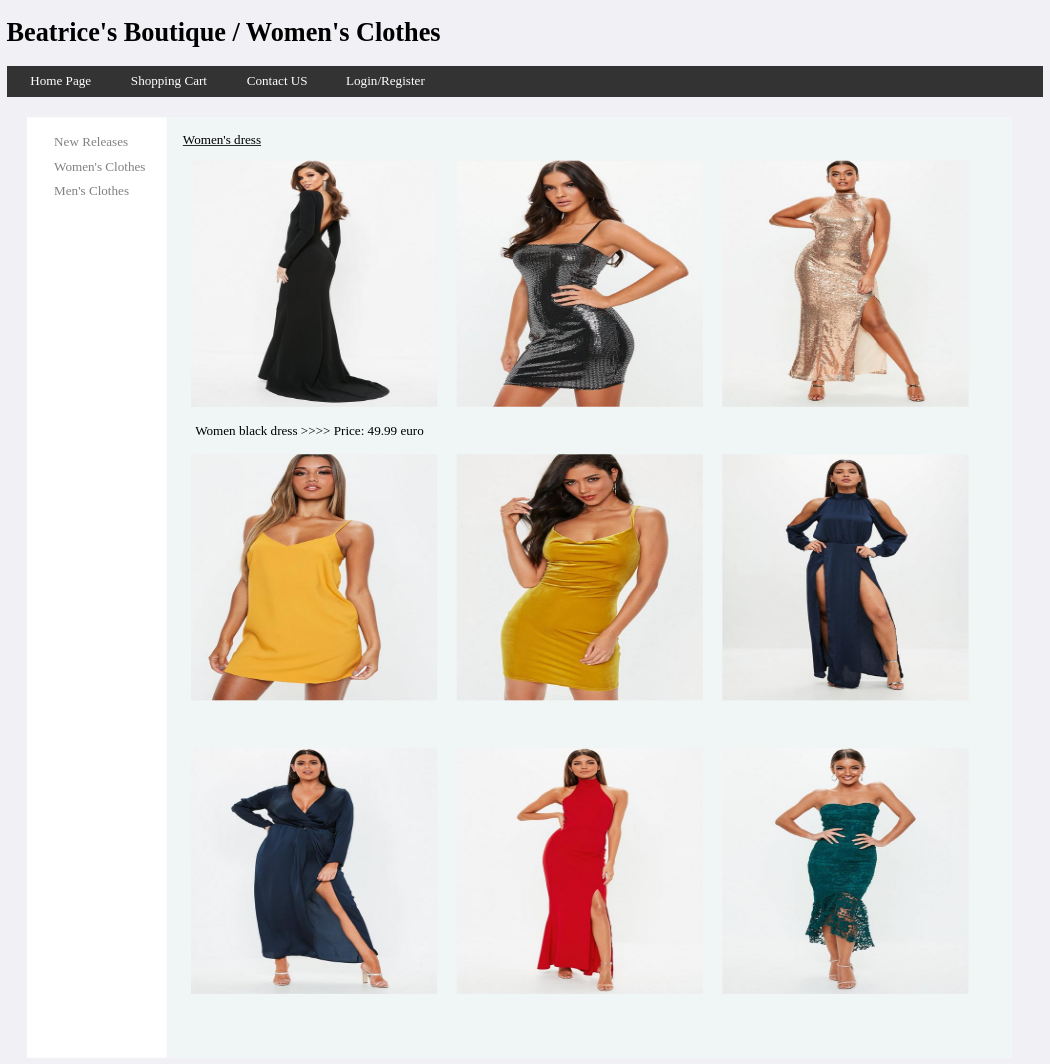
Repository: IosifDobos/Beatrice-Boutique
Page: BeatriceBoutique/Java/WorkSpace/BeatriceBoutique/WebContent/womensClothes.html
An editor plug-in stored every save of this project. The page is shown before and after the next save, followed by the edit.
The browser window is 1280 px wide. The pictures show the whole page, at 82% of full size.

Above is the page before, as saved 2018-12-04 17:39:31.

After the next save:
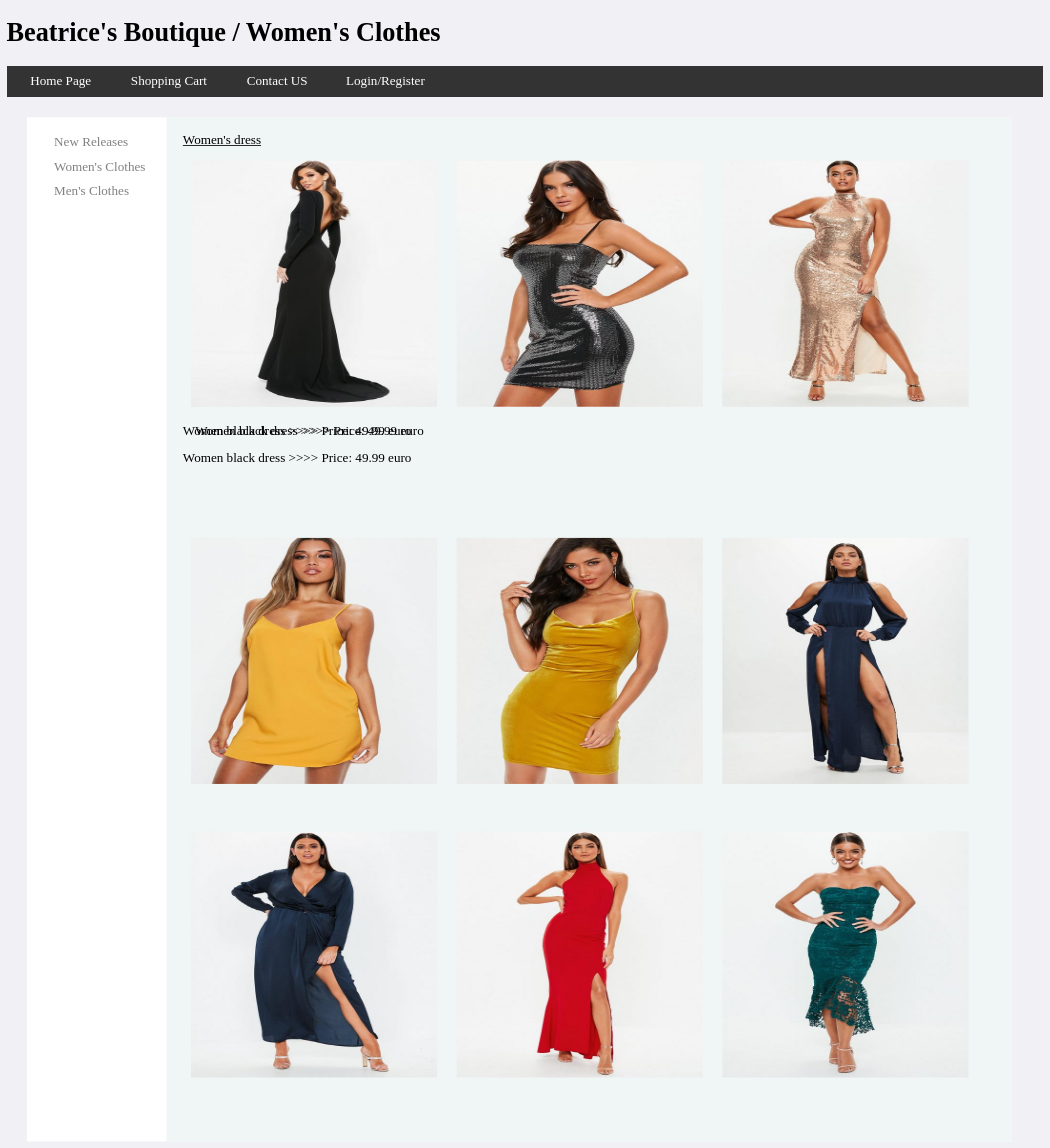
Saved 36 s later.
--- a/BeatriceBoutique/Java/WorkSpace/BeatriceBoutique/WebContent/womensClothes.html
+++ b/BeatriceBoutique/Java/WorkSpace/BeatriceBoutique/WebContent/womensClothes.html
@@ -36,6 +36,12 @@
 			<div id="product-1">
 				<p>Women black dress >>>>  Price: 49.99 euro</p>
 			</div>
+			<div id="product-2">
+				<p>Women black dress >>>>  Price: 49.99 euro</p>
+			</div>
+			<div id="product-3">
+				<p>Women black dress >>>>  Price: 49.99 euro</p>
+			</div>
 			<br><br><br><br>
 			<img alt="dress3" src="womens-img/mustard-cami-shift-dress.jpg" width="300" height="300" style="margin-left: 10px;">
 
